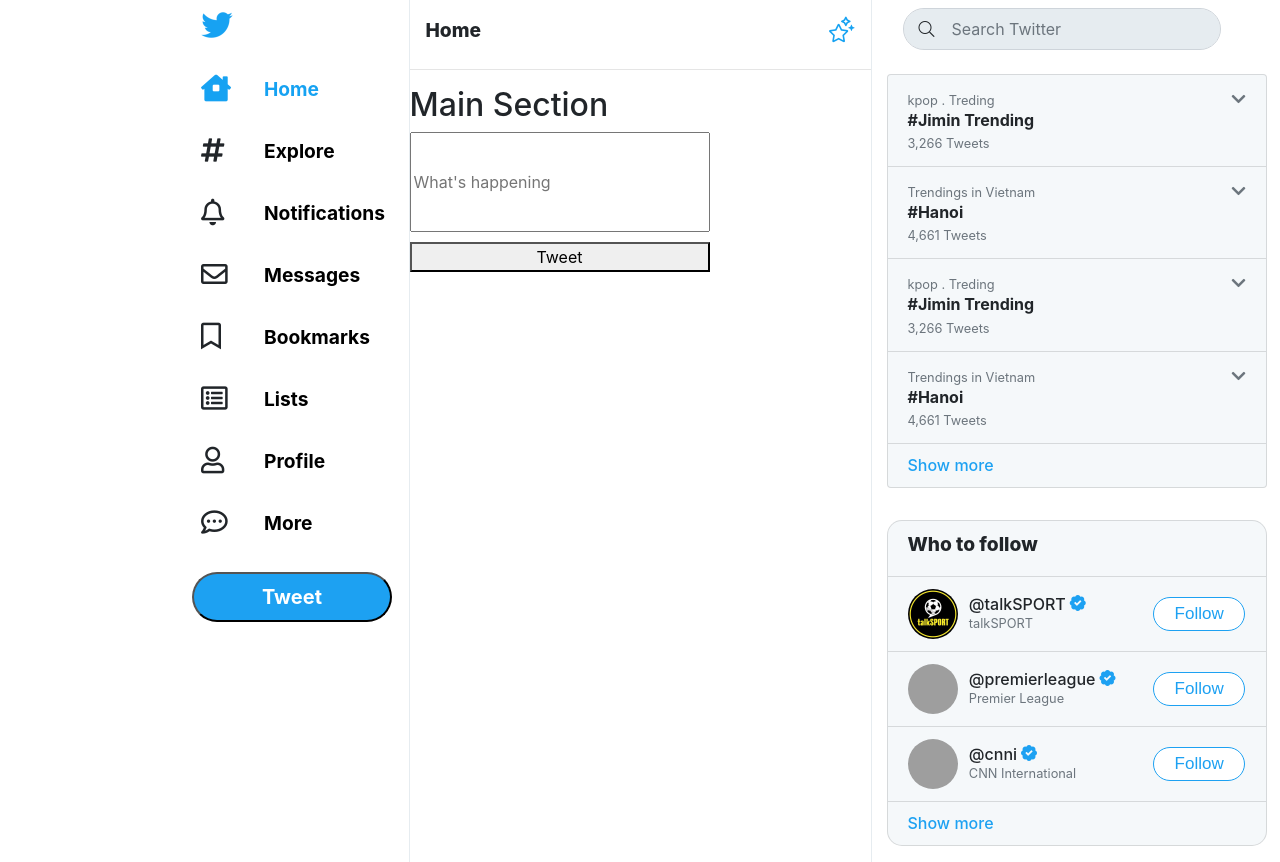
Repository: tts2610/Twitter-clone
Page: index.html
An editor plug-in stored every save of this project. The page is shown before and after the next save, followed by the edit.
The browser window is 1280 px wide. The pictures show the whole page.
Pictures or frames that could not be fetched are drawn as grey boxes.

Above is the page before, as saved 2020-05-23 15:19:11.

After the next save:
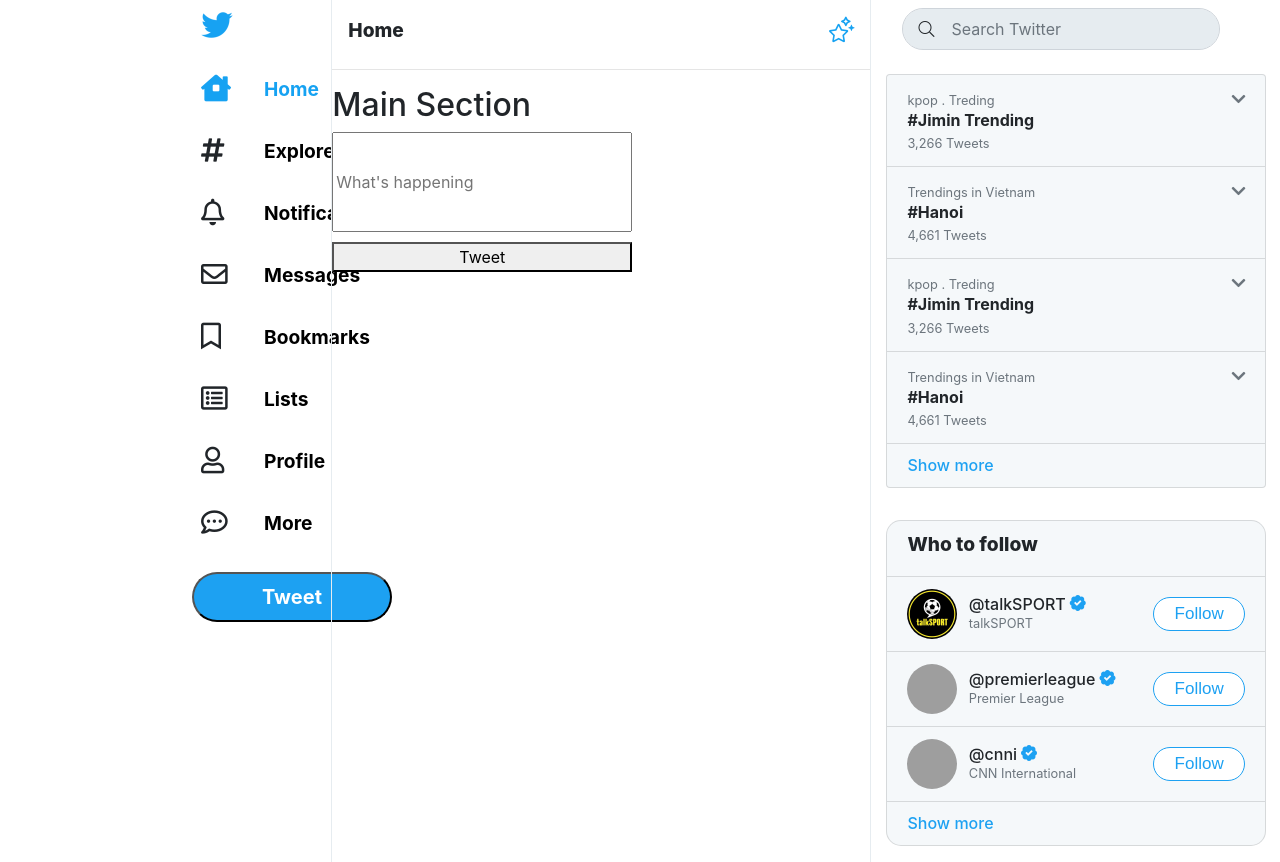
Saved 68 s later.
--- a/index.html
+++ b/index.html
@@ -27,7 +27,7 @@
 <body>
     <div class="container">
         <div class="row">
-            <div class="col-3">
+            <div class="col-2">
                 <div class="row">
                     <div class="col"><img src="/img/twt-logo1.png" alt="twitter-logo" width="50" height="50"></div>
                 </div>
@@ -87,7 +87,7 @@
                 </div>
             </div>
 
-            <div class="col-6" style="border-right: #e6ecf0 solid 1px; border-left: #e6ecf0 solid 1px; padding-left: 0px; padding-right: 0px;">
+            <div class="col-7" style="border-right: #e6ecf0 solid 1px; border-left: #e6ecf0 solid 1px; padding-left: 0px; padding-right: 0px;">
                 <nav class="navbar sticky-top navbar-light my-2" id="leftNav">
                     <span>Home</span>
                     <span style="color: #16a2f2;"><i class="fal fa-stars fa-lg"></i></span>
